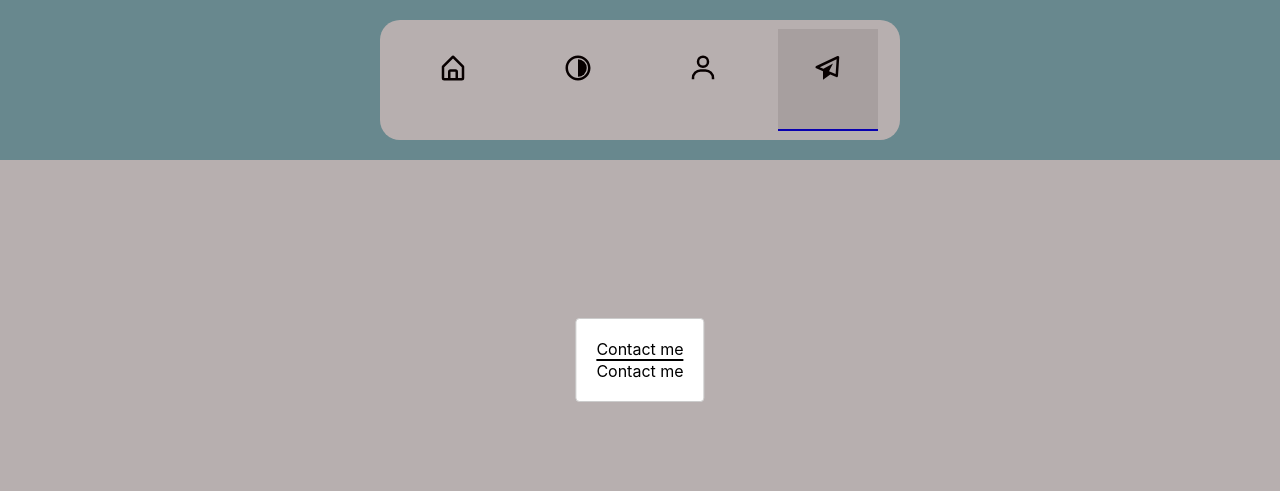
Repository: lethinh2003/pokemon_reactjs
Page: /contact
These files come from the project's save history. The page is drawn as it stood at one moment and after the next save; the edit follows.
The browser window is 1280 px wide. The pictures show the whole page.
The project was rebuilt for these pictures with package versions that can differ from the ones it lists, and the page was loaded fresh each time. A package was used in the major version that the imports need, not the one package.json lists. Also part of the build but not shown: src/App.css, src/custom/useFetch.js, src/styles/loading.scss, src/styles/pokemonDetail.scss, src/view/PokemonDetail.jsx, src/view/Pokemon.jsx.

Above is the page before, as saved 2021-11-28 13:49:37.

After the next save:
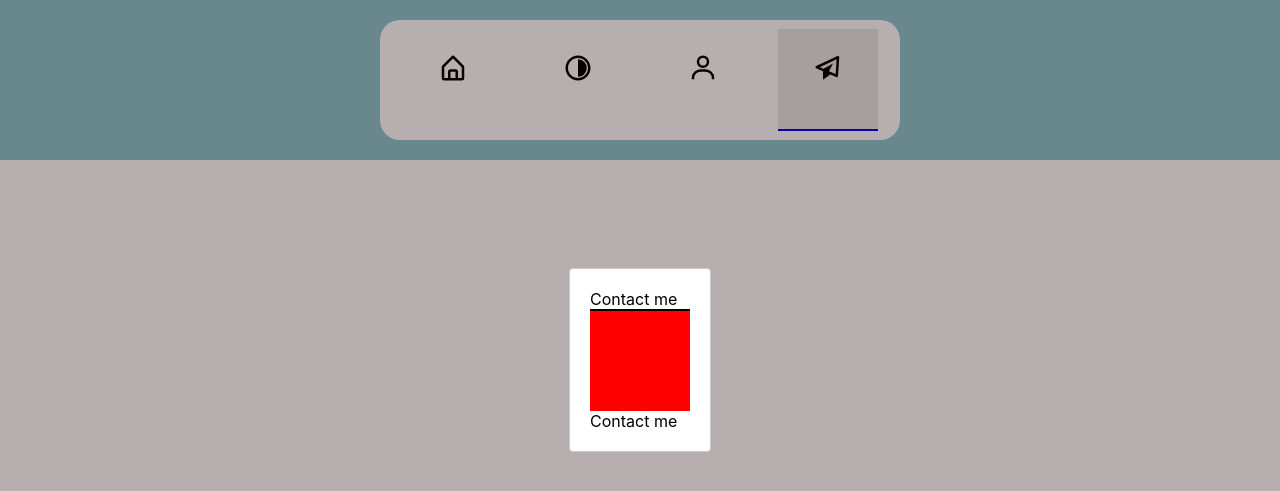
Saved 21 s later.
--- a/src/styles/modal.scss
+++ b/src/styles/modal.scss
@@ -19,3 +19,8 @@
 .modal-header {
   border-bottom: 2px solid black;
 }
+.profile {
+  width: 100px;
+  height: 100px;
+  background-color: red;
+}
